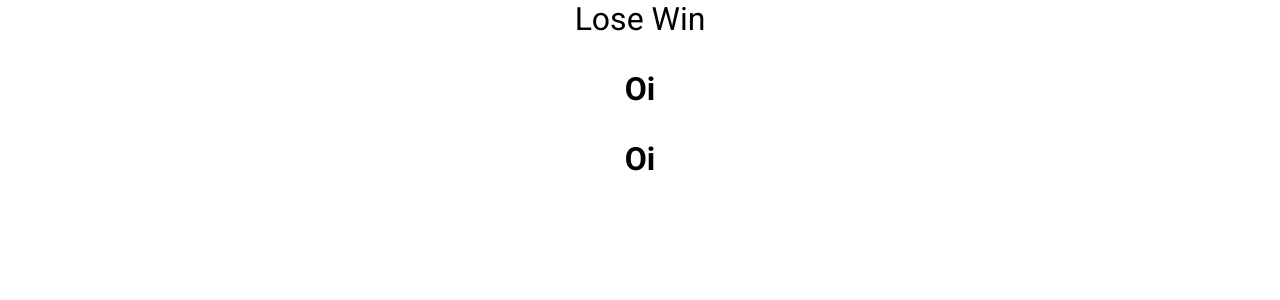
Repository: guilhermecardoso93/jogodaforca
Page: /
An editor plug-in stored every save of this project. The page is shown before and after the next save, followed by the edit.
The browser window is 1280 px wide. The pictures show the whole page.
The project was rebuilt for these pictures with package versions that can differ from the ones it lists, and the page was loaded fresh each time. Also part of the build but not shown: vite.config.ts.

Above is the page before, as saved 2022-12-06 20:51:14.

After the next save:
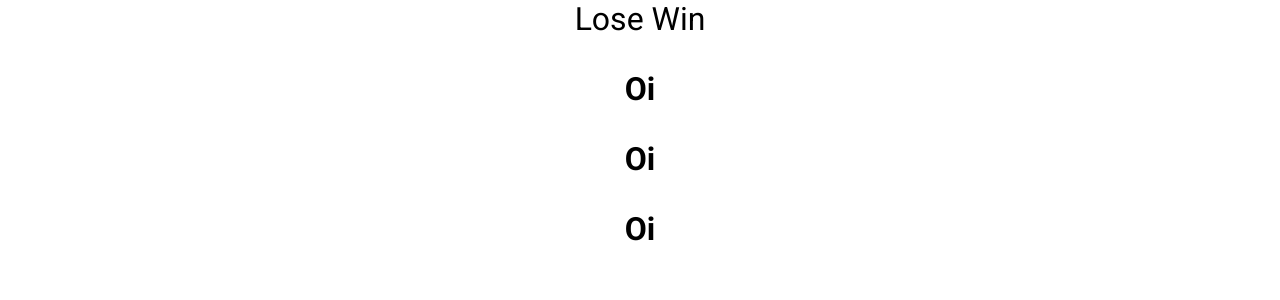
Saved 11 s later.
--- a/src/App.tsx
+++ b/src/App.tsx
@@ -1,11 +1,11 @@
 import { useState } from "react";
 import words from "./wordList.json";
 
-
 import { HangmanDrawing } from "./components/HangmanDrawing";
 import { HangmanWord } from "./components/HangmanWord";
+import { Keyboard } from "./components/Keyboard";
 
-import './App.css'
+import "./App.css";
 
 export function App() {
   const randomWords = () => {
@@ -13,17 +13,15 @@ export function App() {
   };
 
   const [wordToGuess, setWordToGuess] = useState(randomWords);
-  const [ guessedLetters, setGuessedLetters] = useState<string[]>([])
+  const [guessedLetters, setGuessedLetters] = useState<string[]>([]);
 
   console.log(wordToGuess);
   return (
-    <div className='container'>
-     <div className='loseOrWin'>
-        Lose
-        Win
-     </div>
-     <HangmanDrawing />
-     <HangmanWord />
+    <div className="container">
+      <div className="loseOrWin">Lose Win</div>
+      <HangmanDrawing />
+      <HangmanWord />
+      <Keyboard />
     </div>
   );
 }
